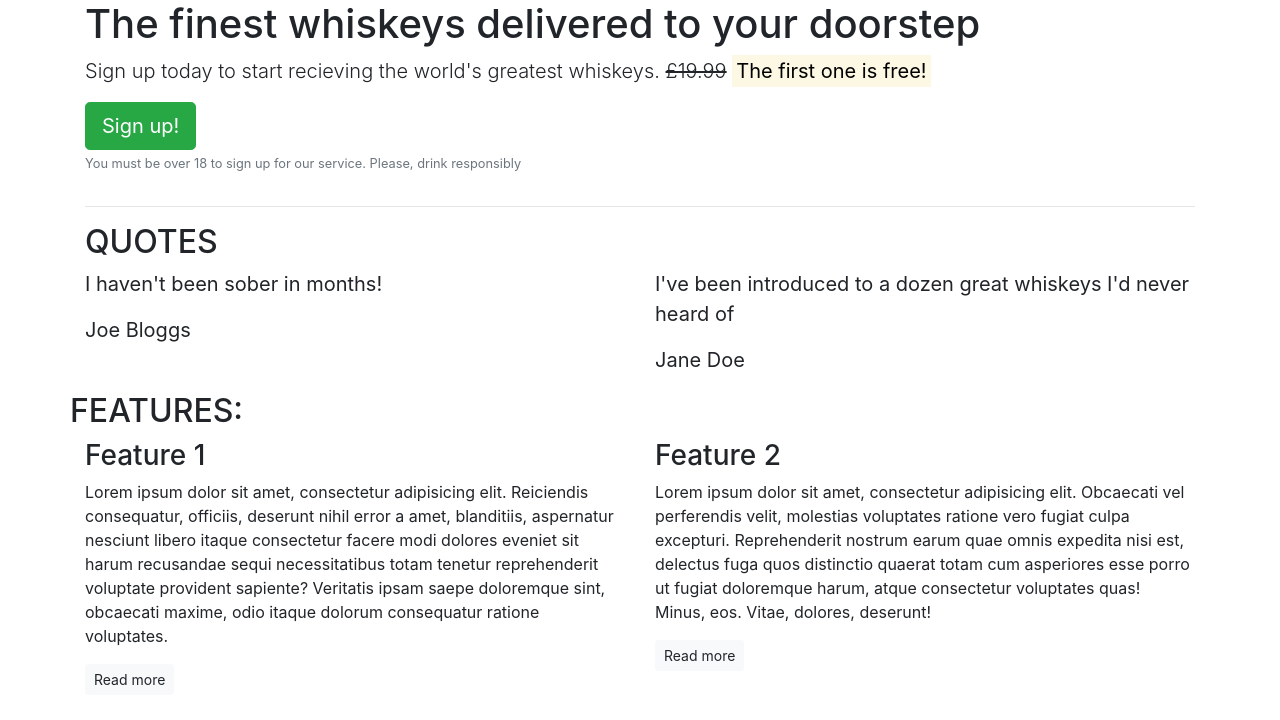
Repository: Matt-F90/Intro-to-bootstrap
Page: index..html
The author's editor kept a record of every edit. The page is drawn from the files as they stood at one moment, then again after the next edit.
The browser window is 1280 px wide. The pictures show the whole page.

Above is the page before.
Console error: TypeError: Cannot read properties of undefined (reading 'fn')

### index..html
<!DOCTYPE html>
<html lang="en">

<head>
    <meta charset="UTF-8">
    <meta name="viewport" content="width=device-width, initial-scale=1.0">
    <meta http-equiv="X-UA-Compatible" content="ie=edge">
    <title>Whiskey Drop | Taste a new whiskey every month</title>
    <link rel="stylesheet" href="https://stackpath.bootstrapcdn.com/bootstrap/4.1.3/css/bootstrap.min.css" integrity="sha384-MCw98/SFnGE8fJT3GXwEOngsV7Zt27NXFoaoApmYm81iuXoPkFOJwJ8ERdknLPMO" crossorigin="anonymous">
    <script src="https://stackpath.bootstrapcdn.com/bootstrap/4.1.3/js/bootstrap.min.js" integrity="sha384-ChfqqxuZUCnJSK3+MXmPNIyE6ZbWh2IMqE241rYiqJxyMiZ6OW/JmZQ5stwEULTy" crossorigin="anonymous"></script>
</head>

<body>
    <article class="container">
        <div class="row">
            <div class="col-12">
                <section class="callout">
                    <h1>The finest whiskeys delivered to your doorstep</h1>
                    <p class="lead">Sign up today to start recieving the world's greatest whiskeys.
                        <s>£19.99</s> <strong><mark>The first one is free!</mark></strong></p>
                    <button class="btn btn-success btn-lg">Sign up!</button>
                    <p class="text-muted"><small>You must be over 18 to sign up for our service. Please, drink responsibly</small></p>
                </section>
            </div>
        </div>

        <hr>
        <section class="quotes">
            <div class="row">
                <div class="col-12">
                    <h2 class="text-uppercase">Quotes</h2>
                </div>
            </div>
            <div class="row">
                <div class="col-12 col-md-6">
                    <blockquote class="blockquote">
                        <p>I haven't been sober in months!</p>
                        <p>Joe Bloggs</p>
                    </blockquote>
                </div>
                <div class="col-12 col-md-6">
                    <blockquote class="blockquote">
                        <p>I've been introduced to a dozen great whiskeys I'd never heard of</p>
                        <p>Jane Doe</p>
                    </blockquote>
                </div>
            </div>
        </section>


        <section class="features">
            <div class="row">
                <div class="col-12"></div>
                <h2 class="text-uppercase">Features:</h2>
            </div>
            </div>
            <div class="row">
                <div class="col-12 col-md-6">
                <div class="feature">
                        <h3>Feature 1</h3>
                        <p>Lorem ipsum dolor sit amet, consectetur adipisicing elit. Reiciendis consequatur, officiis, deserunt nihil error a amet, blanditiis, aspernatur nesciunt libero itaque consectetur facere modi dolores eveniet sit harum recusandae
                            sequi necessitatibus totam tenetur reprehenderit voluptate provident sapiente? Veritatis ipsam saepe doloremque sint, obcaecati maxime, odio itaque dolorum consequatur ratione voluptates.</ipsum50>
                        </p>
                        <p><a class="btn btn-sm btn-light">Read more</a></p>
                    </div>
                </div>
                <div class="col-12 col-md-6">
                <div class="feature">
                        <h3>Feature 2</h3>
                        <p>Lorem ipsum dolor sit amet, consectetur adipisicing elit. Obcaecati vel perferendis velit, molestias voluptates ratione vero fugiat culpa excepturi. Reprehenderit nostrum earum quae omnis expedita nisi est, delectus fuga quos distinctio
                            quaerat totam cum asperiores esse porro ut fugiat doloremque harum, atque consectetur voluptates quas! Minus, eos. Vitae, dolores, deserunt!</p>
                        <p><a class="btn btn-sm btn-light">Read more</a></p>
                    </div>
                </div>
                <div class="col-12 d-md-none">
                <div class="feature">
                        <h3>Feature 3</h3>
                        <p>Lorem ipsum dolor sit amet, consectetur adipisicing elit. Deserunt consequuntur voluptatum, laborum aperiam! Quas, nihil. Omnis et voluptate sunt, voluptatem, animi eligendi aliquam recusandae corporis consectetur quibusdam molestiae
                            nihil vitae perferendis totam modi earum culpa ut ducimus voluptates nulla quis, eius qui? Laboriosam odio obcaecati inventore asperiores, esse soluta impedit.</p>
                        <p><a class="btn btn-sm btn-light">Read more</a></p>
                    </div>
                </div>
            </div>
        </section>

    </article>

</body>

</html>

After the next edit:
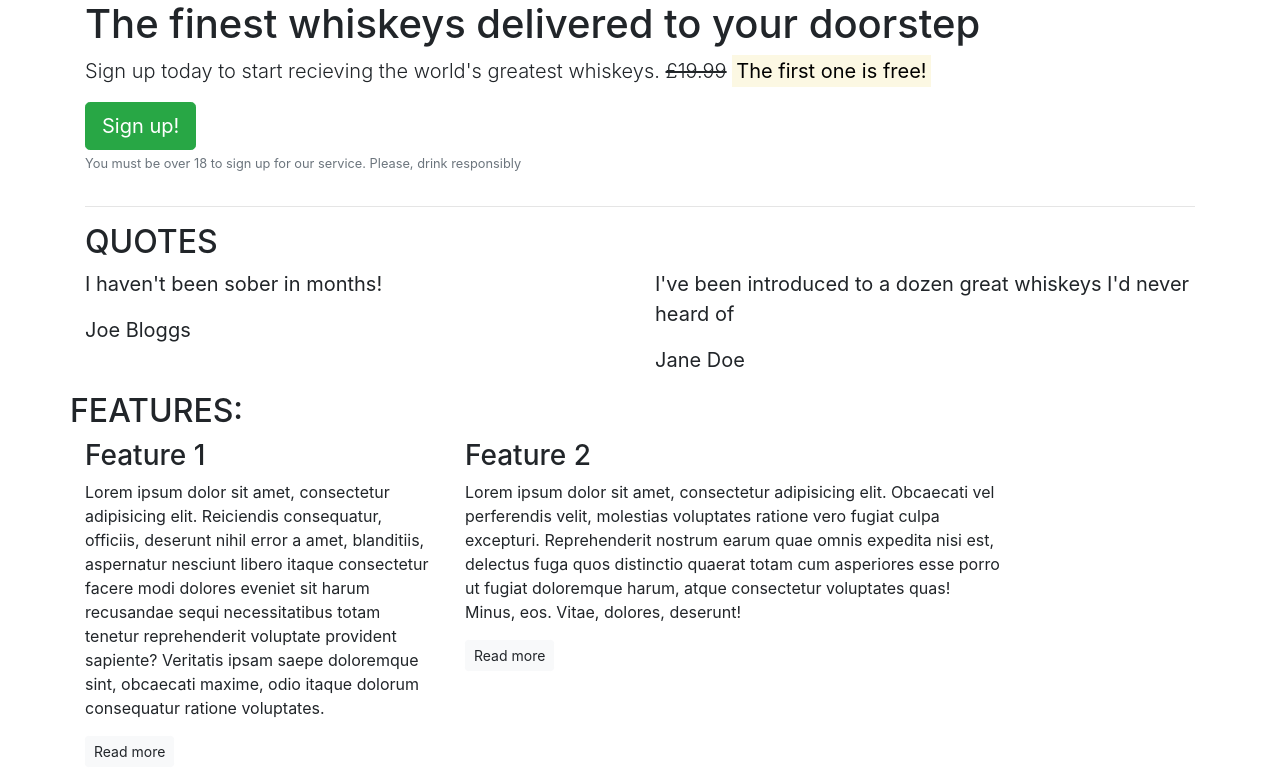
The edit:
--- a/index..html
+++ b/index..html
@@ -55,7 +55,7 @@
             </div>
             </div>
             <div class="row">
-                <div class="col-12 col-md-6">
+                <div class="col-12 col-md-6 col-lg-4">
                 <div class="feature">
                         <h3>Feature 1</h3>
                         <p>Lorem ipsum dolor sit amet, consectetur adipisicing elit. Reiciendis consequatur, officiis, deserunt nihil error a amet, blanditiis, aspernatur nesciunt libero itaque consectetur facere modi dolores eveniet sit harum recusandae
